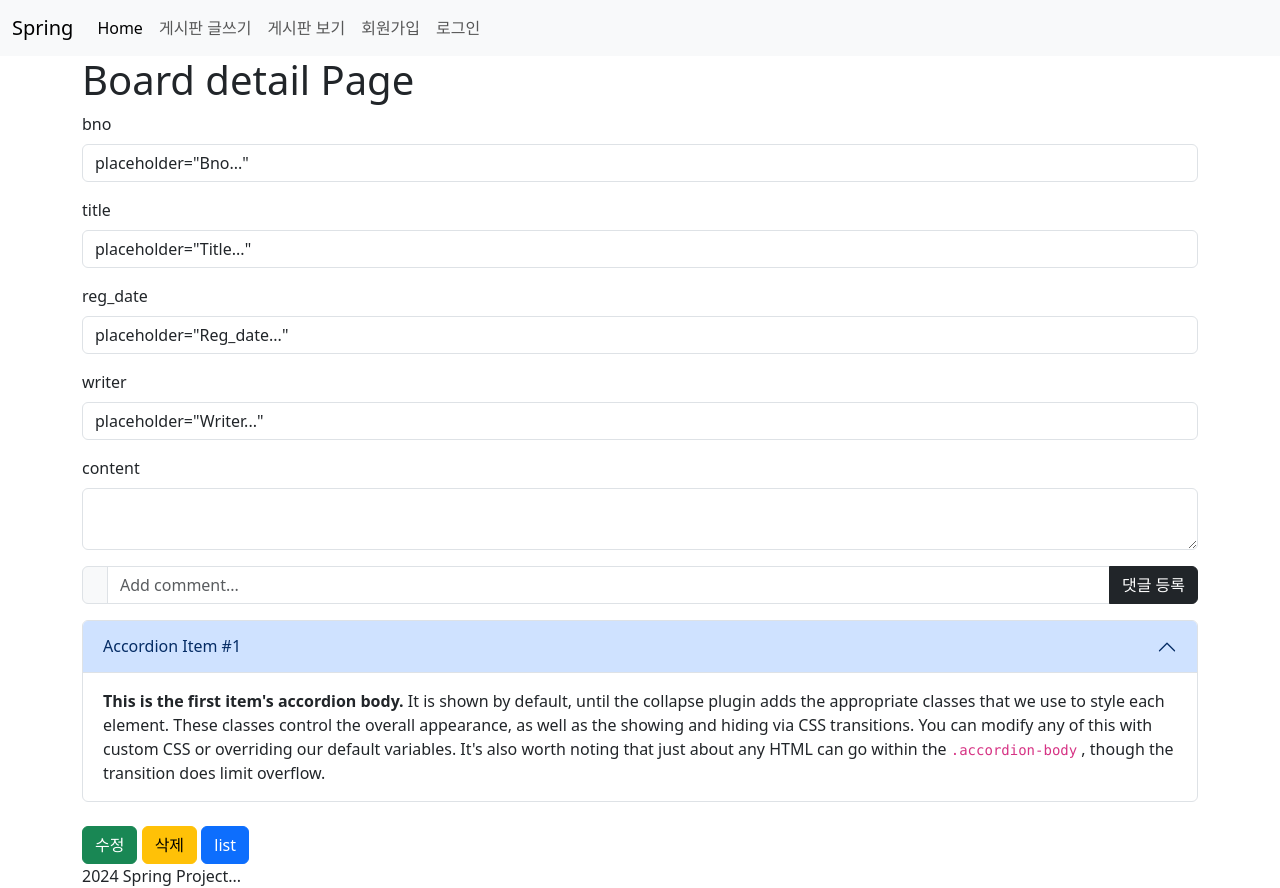
Repository: wanted2001/jsp_project
Page: http://localhost/spring_study/WEB-INF/views/board/detail.jsp
These files come from the project's save history. The page is drawn as it stood at one moment and after the next save; the edit follows.
The browser window is 1280 px wide. The pictures show the whole page.
The page is served by Tomcat 9. Nobody is signed in. Other server files are loaded and not shown. The template is opened directly, without the code that normally fills it, so the values that code supplies are empty.

Above is the page before, as saved 2024-04-26 02:47:09.

### spring_study/src/main/webapp/WEB-INF/views/board/detail.jsp
<%@ page language="java" contentType="text/html; charset=UTF-8"
	pageEncoding="UTF-8"%>
<jsp:include page="../layout/header.jsp" />
<div class="container-md">
	<h1>Board detail Page</h1>
	<div class="mb-3">
		<label for="n" class="form-label">bno</label> <input type="text"
			class="form-control" name="bno" id="n" value=${bvo.bno }
			placeholder="Bno..." readonly="readonly">
	</div>
	<div class="mb-3">
		<label for="t" class="form-label">title</label> <input type="text"
			class="form-control" name="title" id="t" value=${bvo.title }
			placeholder="Title..." readonly="readonly">
	</div>
	<div class="mb-3">
		<label for="r" class="form-label">reg_date</label> <input type="text"
			class="form-control" name="writer" id="r" value=${bvo.reg_date }
			placeholder="Reg_date..." readonly="readonly">
	</div>
	<div class="mb-3">
		<label for="w" class="form-label">writer</label> <input type="text"
			class="form-control" name="writer" id="w" value=${bvo.writer }
			placeholder="Writer..." readonly="readonly">
	</div>
	<div class="mb-3">
		<label for="c" class="form-label">content</label>
		<textarea class="form-control" id="c" name="content"
			aria-label="With textarea" readonly="readonly">${bvo.content  }</textarea>
	</div>

	<!-- 댓글 입력 라인 -->
	<div class="input-group mb-3">
		<span class="input-group-text" id="cmtWriter">${ses.id }</span> <input
			type="text" id="cmtText" class="form-control"
			placeholder="Add comment..." aria-label="Username"
			aria-describedby="basic-addon1">
		<button type="button" id="cmtAddBtn" class="btn btn-dark">댓글
			등록</button>
	</div>

	<!-- 댓글 출력 라인 -->
	<div class="accordion" id="accordionExample">
		<div class="accordion-item">
			<h2 class="accordion-header">
				<button class="accordion-button" type="button"
					data-bs-toggle="collapse" data-bs-target="#collapseOne"
					aria-expanded="true" aria-controls="collapseOne">
					Accordion Item #1</button>
			</h2>
			<div id="collapseOne" class="accordion-collapse collapse show"
				data-bs-parent="#accordionExample">
				<div class="accordion-body">
					<strong>This is the first item's accordion body.</strong> It is
					shown by default, until the collapse plugin adds the appropriate
					classes that we use to style each element. These classes control
					the overall appearance, as well as the showing and hiding via CSS
					transitions. You can modify any of this with custom CSS or
					overriding our default variables. It's also worth noting that just
					about any HTML can go within the
					<code>.accordion-body</code>
					, though the transition does limit overflow.
				</div>
			</div>
		</div>
	</div>
	<br>





	<a href="/board/modify?bno=${bvo.bno }"><button type="button"
			class="btn btn-success">수정</button></a> <a
		href="/board/remove?bno=${bvo.bno }"><button type="button"
			class="btn btn-warning">삭제</button></a> <a href="/board/list"><button
			type="button" class="btn btn-primary">list</button></a>
</div>
<jsp:include page="../layout/footer.jsp" />

### spring_study/src/main/webapp/WEB-INF/views/layout/header.jsp
<%@ page language="java" contentType="text/html; charset=UTF-8"
	pageEncoding="UTF-8"%>
<%@taglib uri="http://java.sun.com/jsp/jstl/core" prefix="c"%>

<!DOCTYPE html>
<html>
<head>
<meta charset="UTF-8">
<title>header.jsp</title>
<link
	href="https://cdn.jsdelivr.net/npm/bootstrap@5.3.3/dist/css/bootstrap.min.css"
	rel="stylesheet"
	integrity="sha384-QWTKZyjpPEjISv5WaRU9OFeRpok6YctnYmDr5pNlyT2bRjXh0JMhjY6hW+ALEwIH"
	crossorigin="anonymous">
<script
	src="https://cdn.jsdelivr.net/npm/bootstrap@5.3.3/dist/js/bootstrap.bundle.min.js"
	integrity="sha384-YvpcrYf0tY3lHB60NNkmXc5s9fDVZLESaAA55NDzOxhy9GkcIdslK1eN7N6jIeHz"
	crossorigin="anonymous"></script>
</head>
<body>
	<nav class="navbar navbar-expand-lg bg-body-tertiary">
		<div class="container-fluid">
			<a class="navbar-brand" href="#">Spring</a>
			<button class="navbar-toggler" type="button"
				data-bs-toggle="collapse" data-bs-target="#navbarSupportedContent"
				aria-controls="navbarSupportedContent" aria-expanded="false"
				aria-label="Toggle navigation">
				<span class="navbar-toggler-icon"></span>
			</button>
			<div class="collapse navbar-collapse" id="navbarSupportedContent">
				<ul class="navbar-nav me-auto mb-2 mb-lg-0">
					<li class="nav-item"><a class="nav-link active"
						aria-current="page" href="/">Home</a></li>
					<li class="nav-item"><a class="nav-link"
						href="/board/register">게시판 글쓰기</a></li>
					<li class="nav-item"><a class="nav-link" href="/board/list">게시판
							보기</a></li>
					<c:if test="${ses.id eq null}">
						<!-- 조건문이 조건이 맞으면 실행이니까 맞지 않으니 실행 안함. -->
						<li class="nav-item"><a class="nav-link"
							href="/member/register">회원가입</a></li>
						<li class="nav-item"><a class="nav-link" href="/member/login">로그인</a>
						</li>
					</c:if>
					<c:if test="${ses.id ne null }">
						<li class="nav-item"><a class="nav-link"
							href="/member/logout">로그아웃</a></li>
						<li class="nav-item"><a class="nav-link"
							href="/member/modify">${ses.id }(${ses.email }) welcome!!</a></li>
					</c:if>
				</ul>
			</div>
		</div>
	</nav>

### spring_study/src/main/webapp/WEB-INF/views/layout/footer.jsp
<%@ page language="java" contentType="text/html; charset=UTF-8"
    pageEncoding="UTF-8"%>
<div class="container-md">
	2024 Spring Project...
</div>

</body>
</html>

After the next save:
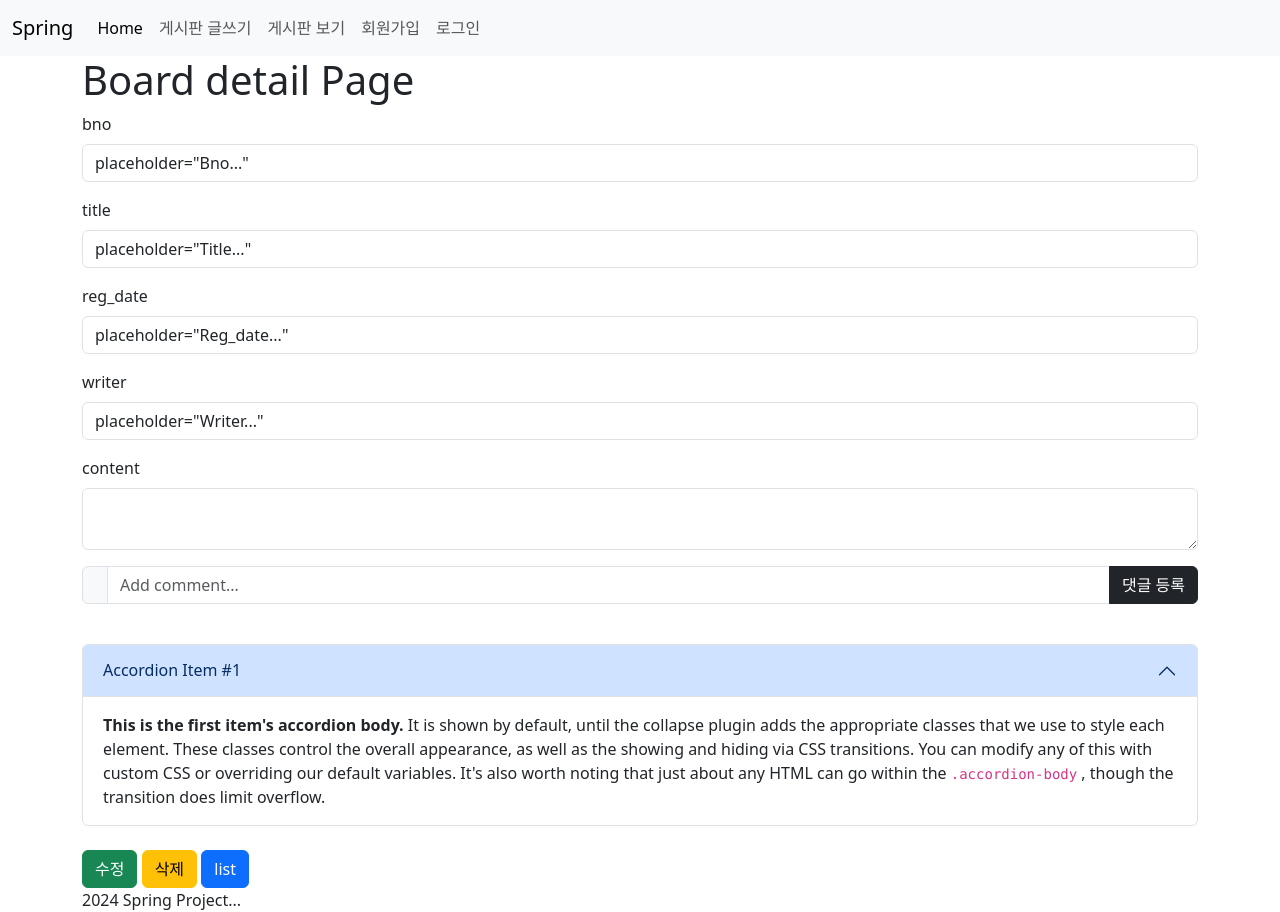
Saved 9 s later.
--- a/spring_study/src/main/webapp/WEB-INF/views/board/detail.jsp
+++ b/spring_study/src/main/webapp/WEB-INF/views/board/detail.jsp
@@ -38,7 +38,8 @@
 		<button type="button" id="cmtAddBtn" class="btn btn-dark">댓글
 			등록</button>
 	</div>
-
+	<br>
+	<hr.
 	<!-- 댓글 출력 라인 -->
 	<div class="accordion" id="accordionExample">
 		<div class="accordion-item">
